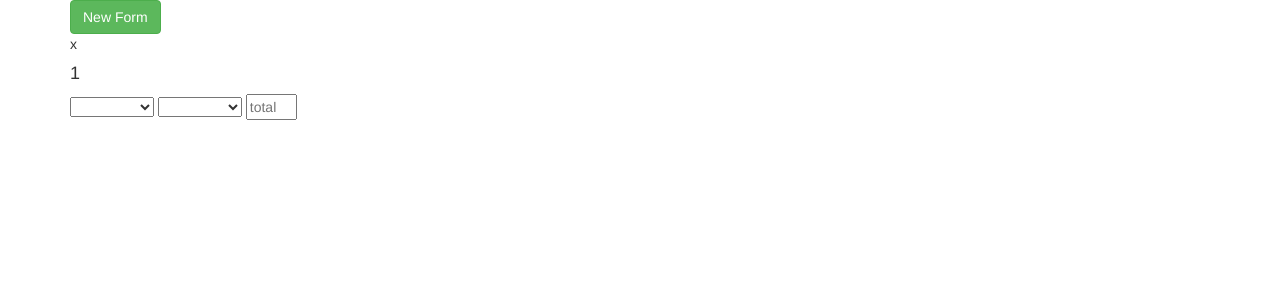
Repository: RezaEftekharzadeh/frey
Page: http://localhost/SilencerStoreProject/frontend/shop.jsp
The author's editor kept a copy of each file at every save. The page is drawn from the files as they stood at one save, then again after the next save.
The browser window is 1280 px wide. The pictures show the whole page.
Some web libraries are served in a nearby version. The page is served by Tomcat 9. Nobody is signed in. The application's start-up code is not run.

Above is the page before, as saved 2020-08-04 16:09:53.

After the next save:
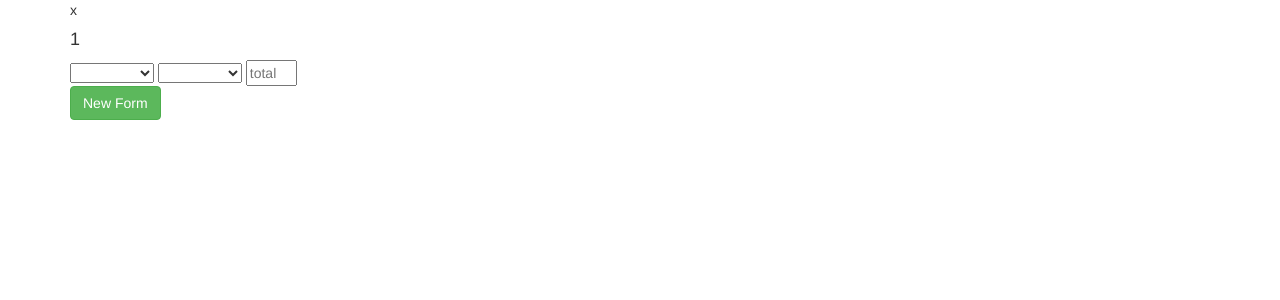
Saved 20 min 0 s later.
--- a/SilencerStoreProject/WebContent/frontend/shop.jsp
+++ b/SilencerStoreProject/WebContent/frontend/shop.jsp
@@ -6,10 +6,7 @@
 
 
 	<div class="container">
-		<button class="btn btn-success mt-5 mb-5"
-			@click="addNewForm">
-			New Form
-		</button>
+
 
 		<div class="card mb-3" v-for="(silencer, index) in silencers">
 			<div class="card-body">
@@ -40,14 +37,14 @@
 
 					<input type="text" placeholder="total" size = "3" v-model="silencer.total">
 
+				</div>
+			</div>
+		</div>
 
-
-
-
-
-	</div>
-		</div>
-		</div>
+		<button class="btn btn-success mt-5 mb-5"
+			@click="addNewForm">
+			New Form
+		</button>
 
 	</div>
 
